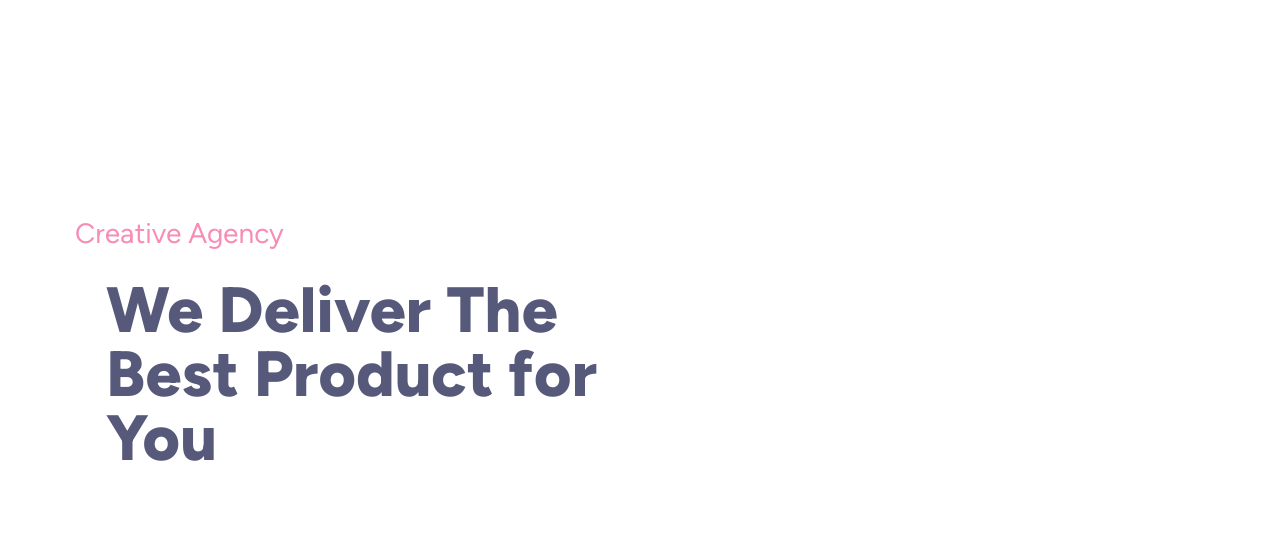
Repository: ArusyakAghajanyan/MirageFigma
Page: Figma/index.html
These files come from the project's save history. The page is drawn as it stood at one moment and after the next save; the edit follows.
The browser window is 1280 px wide. The pictures show the whole page.

Above is the page before, as saved 2022-08-11 12:53:18.

### Figma/index.html
<!DOCTYPE html>
<html lang="en">
<head>
    <meta charset="UTF-8">
    <meta http-equiv="X-UA-Compatible" content="IE=edge">
    <meta name="viewport" content="width=device-width, initial-scale=1.0">
    <link rel="stylesheet" href="./assets/./css/reset.css">
    <link rel="stylesheet" href="./assets/css/style.css">
    <title>Mirage</title>
</head>
<body>
    <header>

    </header>
    <main>
        <section class="intro">
          <div class="container">
              <div class="intro__content">
                <div class="intro__description">
                    <h2 class="intro__title">
                        Creative Agency
                    </h2>
                    <h3 class="intro__subtitle">
                        We Deliver The Best
                        Product for You
                    </h3>
                    <p >

                    </p>
                   </div>
                   <div class="intro__image">

                   </div>
              </div>
          </div>
        </section>
    </main>
</body>
</html>

### Figma/assets/css/reset.css
html, body, div, span, applet, object, iframe,
h1, h2, h3, h4, h5, h6, p, blockquote, pre,
a, abbr, acronym, address, big, cite, code,
del, dfn, em, img, ins, kbd, q, s, samp,
small, strike, strong, sub, sup, tt, var,
b, u, i, center,
dl, dt, dd, ol, ul, li,
fieldset, form, label, legend,
table, caption, tbody, tfoot, thead, tr, th, td,
article, aside, canvas, details, embed,
figure, figcaption, footer, header, hgroup,
menu, nav, output, ruby, section, summary,
time, mark, audio, video {
	margin: 0;
	padding: 0;
	border: 0;
	font-size: 100%;
	font: inherit;
	vertical-align: baseline;
}

article, aside, details, figcaption, figure,
footer, header, hgroup, menu, nav, section {
	display: block;
}
body {
	line-height: 1;
}
ol, ul {
	list-style: none;
}
blockquote, q {
	quotes: none;
}
blockquote:before, blockquote:after,
q:before, q:after {
	content: '';
	content: none;
}
table {
	border-collapse: collapse;
	border-spacing: 0;
}
a {
        color: inherit;
    text-decoration: none;
  }
*, *::before, *::after {
    box-sizing: border-box;
  }

### Figma/assets/css/style.css
/* Fonts */
@import url("../fonts/fonts.css");

/* Variables */
@import url("./var.css");



@import url("./main.css");

/* Sections */

@import url("./sections/intro.css");

### Figma/assets/fonts/fonts.css
@font-face {
    font-family: 'Figtree';
    src: url('Figtree-Black.eot');
    src: url('Figtree-Black.eot?#iefix') format('embedded-opentype'),
        url('Figtree-Black.woff2') format('woff2'),
        url('Figtree-Black.woff') format('woff'),
        url('Figtree-Black.ttf') format('truetype');
    font-weight: 900;
    font-style: normal;
    font-display: swap;
}

@font-face {
    font-family: 'Figtree';
    src: url('Figtree-Light.eot');
    src: url('Figtree-Light.eot?#iefix') format('embedded-opentype'),
        url('Figtree-Light.woff2') format('woff2'),
        url('Figtree-Light.woff') format('woff'),
        url('Figtree-Light.ttf') format('truetype');
    font-weight: 300;
    font-style: normal;
    font-display: swap;
}

@font-face {
    font-family: 'Figtree';
    src: url('Figtree-SemiBold.eot');
    src: url('Figtree-SemiBold.eot?#iefix') format('embedded-opentype'),
        url('Figtree-SemiBold.woff2') format('woff2'),
        url('Figtree-SemiBold.woff') format('woff'),
        url('Figtree-SemiBold.ttf') format('truetype');
    font-weight: 600;
    font-style: normal;
    font-display: swap;
}

@font-face {
    font-family: 'Figtree';
    src: url('Figtree-Medium.eot');
    src: url('Figtree-Medium.eot?#iefix') format('embedded-opentype'),
        url('Figtree-Medium.woff2') format('woff2'),
        url('Figtree-Medium.woff') format('woff'),
        url('Figtree-Medium.ttf') format('truetype');
    font-weight: 500;
    font-style: normal;
    font-display: swap;
}

@font-face {
    font-family: 'Figtree';
    src: url('Figtree-Bold.eot');
    src: url('Figtree-Bold.eot?#iefix') format('embedded-opentype'),
        url('Figtree-Bold.woff2') format('woff2'),
        url('Figtree-Bold.woff') format('woff'),
        url('Figtree-Bold.ttf') format('truetype');
    font-weight: bold;
    font-style: normal;
    font-display: swap;
}

@font-face {
    font-family: 'Figtree';
    src: url('Figtree-ExtraBold.eot');
    src: url('Figtree-ExtraBold.eot?#iefix') format('embedded-opentype'),
        url('Figtree-ExtraBold.woff2') format('woff2'),
        url('Figtree-ExtraBold.woff') format('woff'),
        url('Figtree-ExtraBold.ttf') format('truetype');
    font-weight: bold;
    font-style: normal;
    font-display: swap;
}

@font-face {
    font-family: 'Figtree';
    src: url('Figtree-Regular.eot');
    src: url('Figtree-Regular.eot?#iefix') format('embedded-opentype'),
        url('Figtree-Regular.woff2') format('woff2'),
        url('Figtree-Regular.woff') format('woff'),
        url('Figtree-Regular.ttf') format('truetype');
    font-weight: normal;
    font-style: normal;
    font-display: swap;
}

### Figma/assets/css/var.css
:root {
    --primary: #F78CB6;
    --secondary: #56597A;
    --background-color: #FCFCFC;

    /*Abstract*/
    --white: #ffffff;
}

### Figma/assets/css/main.css
html, body {
    font-family: 'Figtree', sans-serif;
}
.container {
    width: 1130px;
    margin: 0 auto;
}

### Figma/assets/css/sections/intro.css
.intro {
    height: 100vh;
    display: flex;
    align-items: center;
    justify-content: center;
}
.intro-content {
 display: flex;
 align-items: flex-start;
 justify-content: space-between;
}
.intro__description {
    width: 50%;
}

.intro__title {
    font-size: 28px;
    color: var(--primary);
    margin-bottom: 29px;
}
.intro__subtitle {
    font-size: 64px;
    font-weight: 700;
    color: var(--secondary);
    margin: 31px;
}

After the next save:
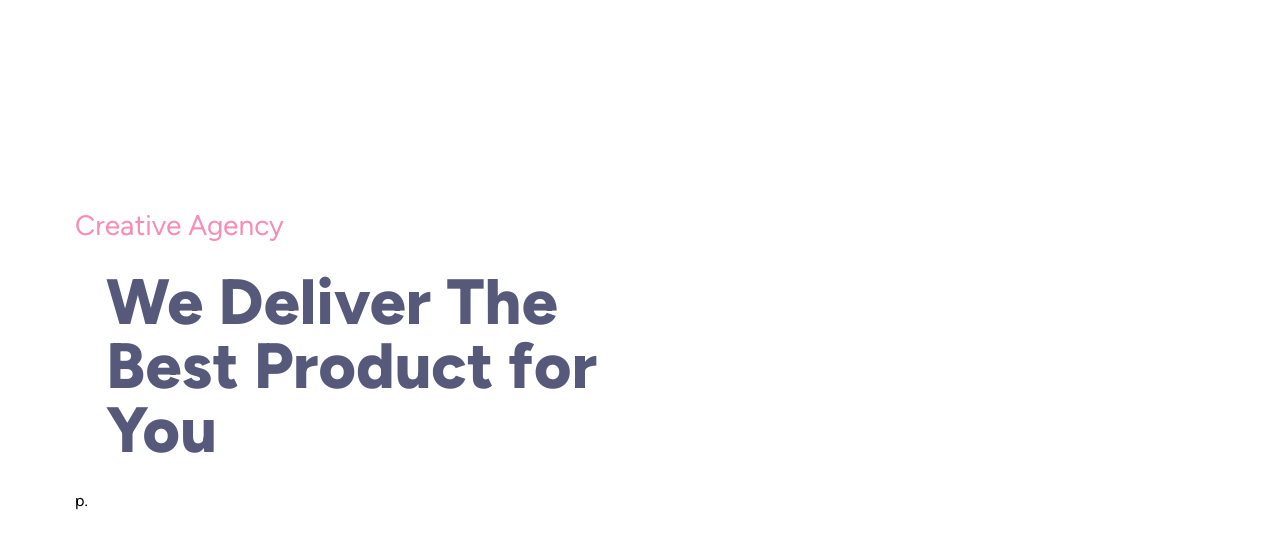
Saved 8 s later.
--- a/Figma/index.html
+++ b/Figma/index.html
@@ -24,9 +24,7 @@
                         We Deliver The Best
                         Product for You
                     </h3>
-                    <p >
-
-                    </p>
+                    p.
                    </div>
                    <div class="intro__image">
 

After the 4 saves that followed:
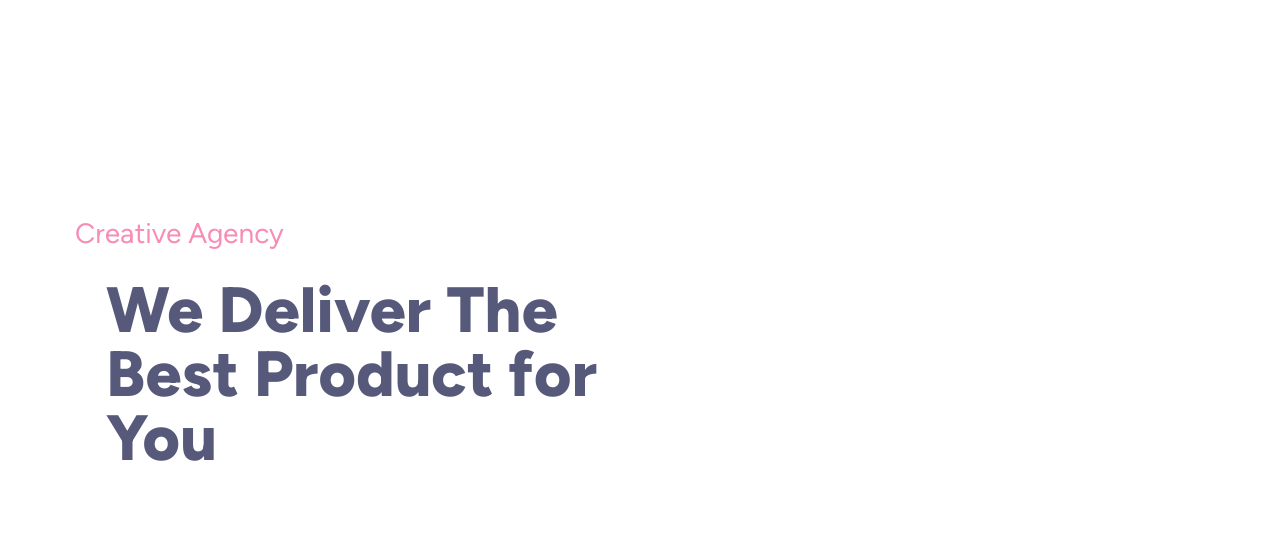
The 4 saves are shown as one change because they came seconds apart.
The last was saved 11 s later.
--- a/Figma/index.html
+++ b/Figma/index.html
@@ -24,7 +24,9 @@
                         We Deliver The Best
                         Product for You
                     </h3>
-                    p.
+                    <p class="intro__details">
+
+                    </p>
                    </div>
                    <div class="intro__image">
 
